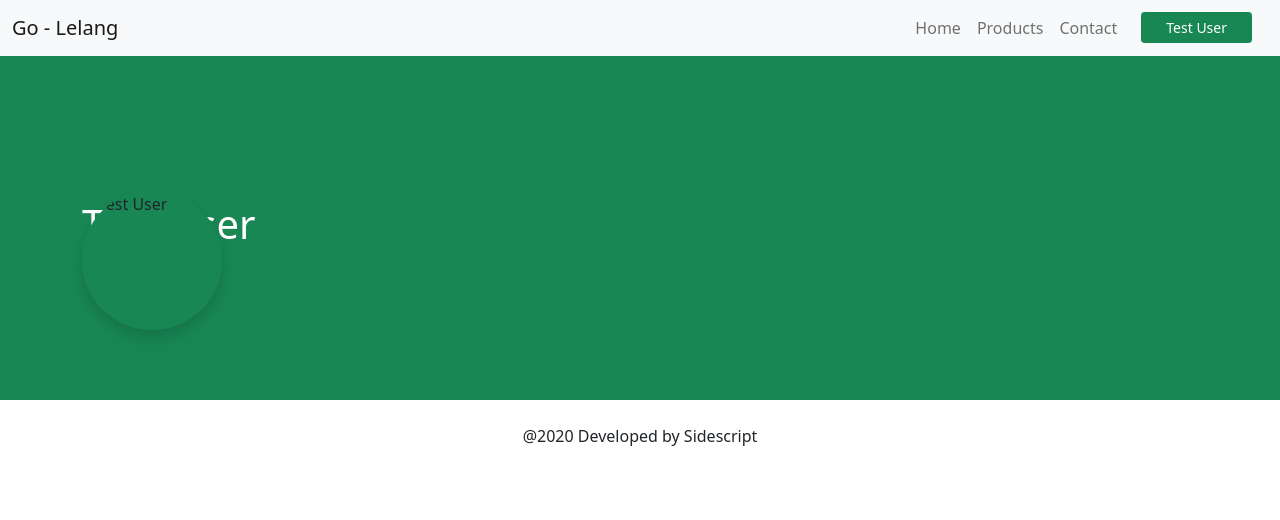
Repository: khulqu15/Go---Lelalng
Page: http://localhost/profile
An editor plug-in stored every save of this project. The page is shown before and after the next save, followed by the edit.
The browser window is 1280 px wide. The pictures show the whole page.
The page is served by the project's Laravel application, run on PHP 8.4 with Laravel 8. A made-up administrator, Test User (test@example.com), is signed in. Other server files are loaded and not shown.

Above is the page before, as saved 2021-02-22 20:20:00.

### routes/web.php
<?php

use App\Http\Controllers\DashboardController;
use App\Http\Controllers\PageController;
use App\Http\Controllers\UserController;
use Illuminate\Support\Facades\Route;

/*
|--------------------------------------------------------------------------
| Web Routes
|--------------------------------------------------------------------------
|
| Here is where you can register web routes for your application. These
| routes are loaded by the RouteServiceProvider within a group which
| contains the "web" middleware group. Now create something great!
|
*/

Route::get('/', [PageController::class, 'home'])->name('home');
Route::get('products', [PageController::class, 'products'])->name('products');
Route::get('product/{id}', [PageController::class, 'product'])->name('product');
Route::get('contact', [PageController::class, 'contact'])->name('contact');
Route::get('login', [PageController::class, 'login'])->name('login');
Route::get('register', [PageController::class, 'register'])->name('register');
Route::post('contact', [UserController::class, 'contactUs'])->name('contact.us');
Route::post('register', [UserController::class, 'register'])->name('register.post');
Route::post('login', [UserController::class, 'login'])->name('login.post');

Route::get('profile', [PageController::class, 'profile'])->name('profile');

Route::group(['middleware' => ['userDashboard']], function() {
    Route::get('dashboard', [DashboardController::class, 'index'])->name('dashboard');
    Route::get('dashboard/product', [DashboardController::class, 'product'])->name('dashboard.product');
    Route::get('dashboard/user', [DashboardController::class, 'user'])->name('dashboard.user');
    Route::get('dashboard/auction', [DashboardController::class, 'auction'])->name('dashboard.auction');
});

### app/Models/User.php
<?php

namespace App\Models;

use Illuminate\Contracts\Auth\MustVerifyEmail;
use Illuminate\Database\Eloquent\Factories\HasFactory;
use Illuminate\Foundation\Auth\User as Authenticatable;
use Illuminate\Notifications\Notifiable;
use Illuminate\Support\Facades\Hash;

class User extends Authenticatable
{
    use HasFactory, Notifiable;

    /**
     * The attributes that are mass assignable.
     *
     * @var array
     */
    protected $fillable = [
        'name',
        'email',
        'password',
    ];

    /**
     * The attributes that should be hidden for arrays.
     *
     * @var array
     */
    protected $hidden = [
        'password',
        'remember_token',
    ];

    /**
     * The attributes that should be cast to native types.
     *
     * @var array
     */
    protected $casts = [
        'email_verified_at' => 'datetime',
    ];

    public function Like()
    {
        return $this->hasMany(Like::class, 'user_id');
    }

    public function Auction()
    {
        return $this->hasMany(Auction::class, 'user_id');
    }

    public function isAdmin()
    {
        if($this->level == 'client') {
            return false;
        } else {
            return true;
        }
    }

    public function setPasswordAttribute($value)
    {
        $this->attributes['password'] = Hash::make($value);
    }
}

### app/Http/Controllers/PageController.php
<?php

namespace App\Http\Controllers;

use App\Models\Category;
use App\Models\Product;
use Illuminate\Http\Request;
use Illuminate\Support\Facades\Auth;

class PageController extends Controller
{
    public function home(Request $request)
    {
        $categories = Category::orderBy('id', 'DESC')->paginate(4);
        $query = Product::query();
        if($request->get('name')) {
            $products = $query->where('name', 'LIKE', '%'.$request->get('name').'%');
        }
        if($request->get('category')) {
            $products = $query->where('category_id', $request->get('category'));
        }
        $products = $query->with('Category')->orderBy('id', 'DESC')->paginate(3);
        return view('welcome', compact('products', 'categories'));
    }

    public function products(Request $request)
    {
        $categories = Category::orderBy('id', 'DESC')->paginate(4);
        $query = Product::query();
        if($request->get('name')) {
            $products = $query->where('name', 'LIKE', '%'.$request->get('name').'%');
        }
        if($request->get('category')) {
            $products = $query->where('category_id', $request->get('category'));
        }
        $products = $query->paginate(3);
        return view('page.products', compact('products', 'categories'));
    }

    public function product($id)
    {
        $product = Product::find($id);
        return view('page.product', compact('product'));
    }

    public function contact()
    {
        return view('page.contact');
    }

    public function login()
    {
        return view('auth.login');
    }

    public function register()
    {
        return view('auth.register');
    }

    public function profile()
    {
        if(Auth::check()) {
            return view('page.profile');
        }
        return redirect()->route('login')->with('error', 'Anda belum login');
    }
}

### resources/views/page/profile.blade.php
@extends('layout.app')

@section('title', Auth::user()->name)

@section('content')
<div class="container-fluid bg-success position-relative py-5">
    <div class="container py-5">
        <div class="row py-5">
            <div class="col-md-12">
                <div class="avatar-profile position-absolute shadow" style="bottom: 70px; width: 140px; height: 140px; border-radius: 140px;">
                    <img src="{{ asset('img/user/'.Auth::user()->avatar) }}" alt="{{ Auth::user()->name }}" class="image-fit-card">
                </div>
                <h1 class="text-white">{{ Auth::user()->name }}</h1>
            </div>
        </div>
    </div>
</div>
@endsection

### resources/views/layout/app.blade.php
<!DOCTYPE html>
<html lang="en">
<head>
    <meta charset="UTF-8">
    <meta name="viewport" content="width=device-width, initial-scale=1.0">
    <meta http-equiv="X-UA-Compatible" content="ie=edge">
    <title>GO - Lelang | @yield('title')</title>

    <script src="{{ mix('css/app.css') }}"></script>
    <link rel="stylesheet" href="{{ asset('css/bootstrap.min.css') }}">
    <link rel="stylesheet" href="{{ asset('css/all.min.css') }}">
    <link rel="stylesheet" href="{{ asset('css/fontawesome.min.css') }}">
    <link rel="stylesheet" href="{{ asset('css/style.css') }}">

    <script src="{{ mix('js/app.js') }}"></script>
    <script src="{{ asset('js/jquery-3.5.1.min.js') }}"></script>
    <script src="{{ asset('js/bootstrap.min.js') }}"></script>
    <script src="{{ asset('js/all.min.js') }}"></script>
    <script src="{{ asset('js/fontawesome.min.js') }}"></script>

</head>
<body>

    @if(\Session::has('success'))
    <div role="alert" class="alert alert-success alert-dismissible show position-fixed alert-respond fade">
        <ul class="mb-0 pb-0">
            <li>{{ \Session::get('success') }}</li>
        </ul>
        <button type="button" class="btn-close" data-bs-dismiss="alert" aria-label="Close"></button>
    </div>
    @endif
    @if(\Session::has('error'))
    <div role="alert" class="alert alert-danger alert-dismissible show position-fixed alert-respond fade">
        <ul class="mb-0 pb-0">
            <li>{{ \Session::get('error') }}</li>
        </ul>
        <button type="button" class="btn-close" data-bs-dismiss="alert" aria-label="Close"></button>
    </div>
    @endif

    <nav class="navbar navbar-expand-lg navbar-light bg-light">
        <div class="container-fluid">
            <a class="navbar-brand" href="{{ route('home') }}">Go - Lelang</a>
            <button class="navbar-toggler" type="button" data-bs-toggle="collapse" data-bs-target="#navbarSupportedContent" aria-controls="navbarSupportedContent" aria-expanded="false" aria-label="Toggle navigation">
                <span class="navbar-toggler-icon"></span>
            </button>
            <div class="collapse navbar-collapse" id="navbarSupportedContent">
                <ul class="navbar-nav ms-auto mb-2 mb-lg-0">
                    <li class="nav-item">
                        <a class="nav-link {{ Request::is('home') ? 'active' : '' }}" aria-current="page" href="{{ route('home') }}">Home</a>
                    </li>
                    <li class="nav-item">
                        <a class="nav-link {{ Request::is('products') ? 'active' : '' }}"" href="{{ route('products') }}">Products</a>
                    </li>
                    <li class="nav-item">
                        <a class="nav-link {{ Request::is('contact') ? 'active' : '' }}"" href="{{ route('contact') }}">Contact</a>
                    </li>
                    <li class="nav-item pt-1 px-3">
                        @if (Auth::check())
                            <button onclick="window.location = '{{ route('profile') }}'" class="btn btn-success btn-sm px-4">{{ Auth::user()->name }}</button>
                        @else
                            <button class="btn btn-success btn-sm px-4" onclick="window.location = '{{ route('login') }}'">Login</button>
                            <button class="btn btn-light btn-sm px-2" onclick="window.location = '{{ route('register') }}'">Register</button>
                        @endif
                    </li>
                </ul>
            </div>
        </div>
    </nav>

    @yield('content')

    <footer class="container-fluid py-4">
        <div class="row">
            <div class="col-md-12 text-center">
                <p class="mb-0">@2020 Developed by Sidescript</p>
            </div>
        </div>
    </footer>
</body>
</html>

### public/css/style.css
body {
    overflow-x: hidden !important;
}
.viga {
    font-family: 'Viga', sans-serif;
}
.bgm-primary {
    background-color: #198754 !important;
}
.bgm-primary-light {
    background-color: #FFCECE !important;
}
.btnm-primary {
    border: none;
    border-radius: 0px !important;
    transition: all .3s ease-in-out;
    background-color: #198754 !important;
    padding: 1rem 2rem;
    color: white;
}
.shadow-smooth {
    box-shadow: 10px 20px 49px -8px rgba(0, 0, 0, 0.08) !important;
}
.page-item.active .page-link {
    background-color: #198754 !important;
    border-color: #198754 !important;
    color: white !important;
}
.page-link {
    color: #198754 !important;
}
.text-right {
    text-align: right !important;
}
.text-left {
    text-align: left !important;
}
.text-sm {
    font-size: .8rem;
}
.text-center {
    text-align: center !important;
}
.cursor-point {
    cursor: pointer;
}
.btnm-primary:hover {
    color: white !important;
    background-color: #c01c1c !important;
}
.btnm-light {
    border: none;
    border-radius: 0px !important;
    transition: all .3s ease-in-out;
    background-color: #f2f2f2 !important;
    padding: 1rem 2rem;
    color: #292929;
}
.btnm-light:hover {
    color: #292929 !important;
    background-color: #c2c2c2 !important;
}
.textm-primary {
    color: #198754 !important;
}
.textm-gray {
    color: gray !important;
}

.input-search-home {
    width: 80%;
    position: absolute;
    left: 10%;
    height: 60px;
    box-shadow: 0px 20px 40px -6px rgba(0, 0, 0, 0.12);
    top: -50px;
    background-color: white;
}
.input-search-home input {
    height: 60px;
}
.input-search-home button,
.input-search-home a {
    position: relative;
    top: -10px;
}
.maxm-height {
    min-height: 70vh;
    max-height: 70vh !important;
    overflow-y: auto !important;
    overflow-x: hidden !important;
}


.card-product {
    width: 100%;
    transition: all .3s ease-in-out;
    height: 370px;
    background-color: white;
}
.card-product:hover {
    box-shadow: 12px 24px 48px rgba(0, 0, 0, 0.09);
}
.card-product .image {
    width: 100%;
    height: 170px;
    background-color: #f36c6c;
    overflow: hidden;
}
.card-product .image img {
    transition: all .3s ease-in-out;
}
.card-product .image:hover img {
    transform: scale(1.1);
    opacity: .6;
}
.card-product .like {
    width: 50px;
    height: 50px;
    border-radius: 50px;
    background-color: #fccece;
    color: #198754;
    position: absolute;
    line-height: 53px;
    text-align: center;
    z-index: 10;
    top: 140px;
    right: 20px;
    transition: all .3s ease-in-out;
}
.card-product .like:hover {
    cursor: pointer;
    background-color: #c01c1c;
    color: #FFCECE;
}
.card-product .liked {
    width: 50px;
    height: 50px;
    border-radius: 50px;
    background-color: #198754;
    color: #fccece;
    position: absolute;
    line-height: 53px;
    text-align: center;
    z-index: 10;
    top: 140px;
    right: 20px;
    transition: all .3s ease-in-out;
}
.card-product .like:hover {
    cursor: pointer;
    color: #c01c1c;
    background-color: #FFCECE;
}
.image-fit-card {
    width: 100%;
    height: 100%;
    object-fit: cover !important;
}
.card-product .line-category {
    display: inline-block;
    width: 20px;
    height: 3px;
    background-color: gray;
}

.bg-hammer-bottom {
    background: url('../img/wallpaper/hammer.png');
    background-attachment: fixed;
    background-position: center;
    background-size: cover;
}

.input-email-footer {
    position: relative;
    width: 100%;
    height: 70px;
    box-shadow: 0px 19px 38px rgba(0, 0, 0, 0.12);
    background-color: white;
}
.input-email-footer input {
    height: 70px;
    width: 100%;
}
.input-email-footer button {
    position: relative;
    top: -8px
}

.menu-footer {
    color: rgba(255, 255, 255, .5);
}
.menu-footer.active,
.menu-footer:hover {
    color: rgba(255, 255, 255, 1);
    cursor: pointer;
    transition: all .4s ease-in-out;
}
.menu-footer .icon {
    position: absolute;
    right: -50px;
    opacity: 0;
    transition: all .2s ease-in-out;
    visibility: hidden;
}
.menu-footer.active .icon,
.menu-footer:hover .icon {
    position: relative;
    opacity: 1;
    right: 0;
    visibility: visible;
}
.menu-footer .menu-title {
    transition: all .2s ease-in-out;
    position: relative;
    font-size: 3rem;
    right: -10px;
}
.menu-footer.active .menu-title,
.menu-footer:hover .menu-title {
    position: relative;
    right: 0px;
}

.icons-footer svg {
    transition: all .2s ease-in-out;
    color: #c2c2c2;
    margin: 0px .8rem;
    font-size: 1.4rem;
}

.icons-footer svg:hover {
    cursor: pointer;
    color: #767676;
}

.navbar {
    transition: all .3s ease-in-out;
    z-index: 100;
}
.burger {
    position: relative;
    top: -5px;
    margin: 10px 0px 0px 0px;
}
.burger div {
    width: 30px;
    height: 2px;
    margin: 7px 0px;
    position: relative;
    background-color: #767676;
    transition: all .3s ease-in-out;
}
.burger.times div:nth-child(1) {
    transform: rotate(45deg);
    top: 5px;
}
.burger.times div:nth-child(2) {
    transform: rotate(-45deg);
    top: -5px;
}

.navbar-fixed {
    position: fixed;
    width: 100%;
    z-index: 50;
    overflow-x: hidden !important;
    overflow-y: auto !important;
    height: 100%;
    top: 0;
    opacity: 1;
    transform: skew(0deg);
    background-color: white;
    visibility: visible;
    right: 0;
    transition: all .5s ease-in;
}
.avatar-sm {
    width: 40px;
    height: 40px;
    border-radius: 40px;
    overflow: hidden;
    display: inline-block;
}
.avatar-md {
    width: 50px;
    height: 50px;
    border-radius: 50px;
    overflow: hidden;
    display: inline-block;
}
.avatar-sm-navbar {
    width: 40px;
    height: 40px;
    border-radius: 40px;
    display: inline-block;
    right: 120px;
    position: absolute;
    z-index: 10;
    overflow: hidden;
    transition: all .3s ease-in-out;
    top: 24px;
    box-sizing: content-box;
}
.avatar-sm-navbar:hover {
    cursor: pointer;
    border: 4px solid gainsboro;
    top: 20px;
    right: 112px;
}
.navbar-fixed.hide {
    transform: skew(10deg) !important;
    opacity: 0 !important;
    right: -100% !important;
    visibility: hidden !important;
}
.menu-navbar {
    color: rgba(44, 44, 44, 0.5);
}
.menu-navbar.active,
.menu-navbar:hover {
    color: rgba(44, 44, 44, 1) !important;
    cursor: pointer;
    transition: all .4s ease-in-out;
}
.menu-navbar .icon {
    position: absolute;
    right: -50px;
    opacity: 0;
    transition: all .2s ease-in-out;
    visibility: hidden;
}
.menu-navbar.active .icon,
.menu-navbar:hover .icon {
    position: relative;
    opacity: 1;
    right: 0;
    visibility: visible;
}
.menu-navbar .menu-title {
    transition: all .2s ease-in-out;
    position: relative;
    font-size: 3rem;
    right: -10px;
}
.menu-navbar.active .menu-title,
.menu-navbar:hover .menu-title {
    position: relative !important;
    right: 0px !important;
}
a {
    text-decoration: none !important;
}
.full-page,
.bg-product {
    width: 100%;
    min-height: 100vh;
    overflow: hidden;
    position: relative;
    background-color: #292929;
}
.full-page {
    background-color: #f36c6c !important;
}
.bg-product img {
    opacity: .8;
}

.avatar-profile {
    width: 80px;
    margin: 0px auto;
    height: 80px;
    display: inline-block;
    border-radius: 80px;
    overflow: hidden !important;
    background-color: #198754;
}
.ellipsis-menu-right {
    top: 0;
    right: 0;
    margin: .7rem;
    font-size: 1.2rem;
}

.card-profile-navbar {
    background-color: white;
    width: 300px;
    position: relative;
    z-index: 100;
}
.card-auction {
    box-shadow: 0px 5px 15px rgba(0, 0, 0, 0.12);
    transition: all .3s ease-in-out;
}
.card-auction:hover {
    box-shadow: 0px 10px 30px rgba(0, 0, 0, 0.1);
}
.alert-respond {
    width: 50%;
    top: 20%;
    z-index: 100;
    left: 25%;
}
@media only screen and (max-width: 760px) {
    .alert-respond {
        z-index: 100;
        top: 20%;
        width: 80%;
        left: 10%;
    }
}

.btn-fab {
    position: fixed;
    right: 25px;
    bottom: 25px;
    z-index: 100;
}

.menu-ellipsis {
    width: 260px;
    overflow: hidden;
    right: 0;
    background-color: white;
    transition: all .3s ease-in-out;
    box-shadow: 0px 10px 20px rgba(0, 0, 0, 0.08);
}
.menu-ellipsis.hide {
    opacity: 0 !important;
    visibility: hidden !important;
    right: -20px !important;
}
.menu-ellipsis .item {
    padding: .7rem 1.4rem;
    transition: all .3s ease-in-out;
    text-align: right !important;
    cursor: pointer;
}
.menu-ellipsis .item:hover {
    background-color: gainsboro;
}

Loaded but not shown: app/Providers/AppServiceProvider.php (common file); app/Http/Controllers/Controller.php (common file); public/mix-manifest.json (common file); public/css/bootstrap.min.css (library); public/css/all.min.css (library); public/css/fontawesome.min.css (library); public/js/app.js (library); public/js/jquery-3.5.1.min.js (library); public/js/bootstrap.min.js (library); public/js/fontawesome.min.js (library); public/css/app.css (empty)

After the next save:
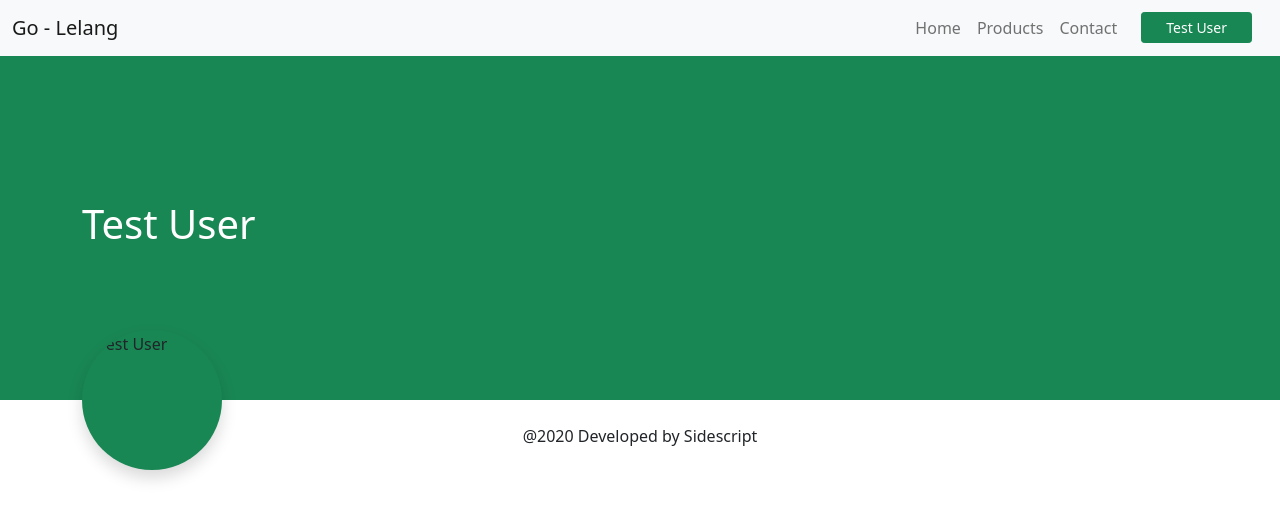
Saved 10 s later.
--- a/resources/views/page/profile.blade.php
+++ b/resources/views/page/profile.blade.php
@@ -7,7 +7,7 @@
     <div class="container py-5">
         <div class="row py-5">
             <div class="col-md-12">
-                <div class="avatar-profile position-absolute shadow" style="bottom: 70px; width: 140px; height: 140px; border-radius: 140px;">
+                <div class="avatar-profile position-absolute shadow" style="bottom: -70px; width: 140px; height: 140px; border-radius: 140px;">
                     <img src="{{ asset('img/user/'.Auth::user()->avatar) }}" alt="{{ Auth::user()->name }}" class="image-fit-card">
                 </div>
                 <h1 class="text-white">{{ Auth::user()->name }}</h1>
